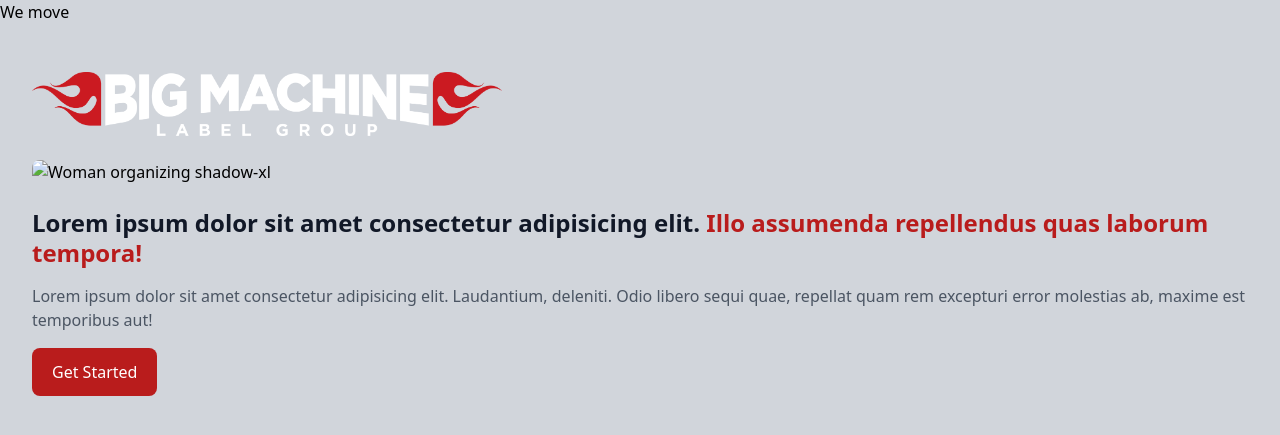
Repository: thasquirrie/fanmanagement
Page: / (app in frontend/)
These files come from the project's save history. The page is drawn as it stood at one moment and after the next save; the edit follows.
The browser window is 1280 px wide. The pictures show the whole page.
The project was rebuilt for these pictures with package versions that can differ from the ones it lists, and the page was loaded fresh each time. A package was used in the major version that the imports need, not the one package.json lists. Also part of the build but not shown: frontend/craco.config.js, frontend/src/App.css.

Above is the page before, as saved 2021-05-25 14:28:59.
Not found: Communication.png

### frontend/public/index.html
<!DOCTYPE html>
<html lang="en">

<head>
  <meta charset="utf-8" />
  <link rel="icon" href="%PUBLIC_URL%/favicon.ico" />
  <meta name="viewport" content="width=device-width, initial-scale=1" />
  <meta name="theme-color" content="#000000" />
  <meta name="description" content="Web site created using create-react-app" />
  <link rel="apple-touch-icon" href="%PUBLIC_URL%/logo192.png" />
  <!--
      manifest.json provides metadata used when your web app is installed on a
      user's mobile device or desktop. See https://developers.google.com/web/fundamentals/web-app-manifest/
    -->
  <link rel="manifest" href="%PUBLIC_URL%/manifest.json" />
  <!--
      Notice the use of %PUBLIC_URL% in the tags above.
      It will be replaced with the URL of the `public` folder during the build.
      Only files inside the `public` folder can be referenced from the HTML.

      Unlike "/favicon.ico" or "favicon.ico", "%PUBLIC_URL%/favicon.ico" will
      work correctly both with client-side routing and a non-root public URL.
      Learn how to configure a non-root public URL by running `npm run build`.
    -->
  <title>React App</title>
</head>

<body class='bg-gray-300'>
  <noscript>You need to enable JavaScript to run this app.</noscript>
  <div id="root">
    <p></p>
  </div>
  <!--
      This HTML file is a template.
      If you open it directly in the browser, you will see an empty page.

      You can add webfonts, meta tags, or analytics to this file.
      The build step will place the bundled scripts into the <body> tag.

      To begin the development, run `npm start` or `yarn start`.
      To create a production bundle, use `npm run build` or `yarn build`.
    -->
</body>

</html>

### frontend/src/index.css
body {
 margin: 0;
 font-family: -apple-system, BlinkMacSystemFont, 'Segoe UI', 'Roboto', 'Oxygen',
  'Ubuntu', 'Cantarell', 'Fira Sans', 'Droid Sans', 'Helvetica Neue', sans-serif;
 -webkit-font-smoothing: antialiased;
 -moz-osx-font-smoothing: grayscale;
}

code {
 font-family: source-code-pro, Menlo, Monaco, Consolas, 'Courier New', monospace;
}

@tailwind base;
@tailwind components;
@tailwind utilities;

### frontend/src/App.js
import { Route, BrowserRouter, Switch } from 'react-router-dom';
import Header from './components/Header';
import HomeScreen from './screens/HomeScreen';
// import logo from './logo.svg';
import './App.css';

function App() {
 return (
  <BrowserRouter>
   <Header />
   <main className='container'>
    <Switch>
     <Route path='/' component={HomeScreen} />
    </Switch>
   </main>
  </BrowserRouter>
 );
}

export default App;

### frontend/src/components/Header.jsx
import React from 'react';
import { NavLink } from 'react-router-dom';

const Header = () => {
 let collapse = document.querySelector('#navbar-collapse');

 const handleClick = (e) => {
  console.log(collapse);
  collapse.classList.toggle('hidden');
  collapse.classList.toggle('flex');
 };

 return (
  <div>We move</div>
  // <nav className='bg-white py-2 md:py-4'>
  //  <div className='container px-4 mx-auto md:flex md:items-center'>
  //   <div className='flex justify-between items-center'>
  //    <NavLink to='/' className='font-bold text-xl text-indigo-600'>
  //     FWR
  //    </NavLink>
  //    <button
  //     className='border border-solid border-gray-600 px-3 py-1 rounded text-gray-600 opacity-50 hover:opacity-75 md:hidden'
  //     id='navbar-toggle'
  //     onClick={handleClick}
  //    >
  //     <i className='fas fa-bars'></i>
  //    </button>
  //   </div>

  //   <div
  //    className='md:flex flex-col md:flex-row md:ml-auto mt-3 md:mt-0  hidden'
  //    id='navbar-collapse'
  //   >
  //    <NavLink
  //     to='/'
  //     className='p-2 lg:px-4 md:mx-2 text-white rounded active:bg-indigo-600'
  //    >
  //     Home
  //    </NavLink>
  //    <NavLink
  //     to='#'
  //     className='p-2 lg:px-4 md:mx-2 text-gray-600 rounded hover:bg-gray-200 hover:text-gray-700 transition-colors duration-300 active:bg-indigo-600'
  //    >
  //     About
  //    </NavLink>
  //    <NavLink
  //     to='#'
  //     className='p-2 lg:px-4 md:mx-2 text-gray-600 rounded hover:bg-gray-200 hover:text-gray-700 transition-colors duration-300'
  //    >
  //     Features
  //    </NavLink>
  //    <NavLink
  //     to='#'
  //     className='p-2 lg:px-4 md:mx-2 text-gray-600 rounded hover:bg-gray-200 hover:text-gray-700 transition-colors duration-300'
  //    >
  //     Pricing
  //    </NavLink>
  //    <NavLink
  //     to='#'
  //     className='p-2 lg:px-4 md:mx-2 text-gray-600 rounded hover:bg-gray-200 hover:text-gray-700 transition-colors duration-300'
  //    >
  //     Contact
  //    </NavLink>
  //    <NavLink
  //     to='#'
  //     className='p-2 lg:px-4 md:mx-2 text-indigo-600 text-center border border-transparent rounded hover:bg-indigo-100 hover:text-indigo-700 transition-colors duration-300'
  //    >
  //     Login
  //    </NavLink>
  //    <NavLink
  //     to='#'
  //     className='p-2 lg:px-4 md:mx-2 text-indigo-600 text-center border border-solid border-indigo-600 rounded hover:bg-indigo-600 hover:text-white transition-colors duration-300 mt-1 md:mt-0 md:ml-1'
  //    >
  //     Signup
  //    </NavLink>
  //   </div>
  //  </div>
  // </nav>
 );
};

export default Header;

### frontend/src/screens/HomeScreen.jsx
import React from 'react';

const HomeScreen = () => {
 return (
  <>
   <div className='px-8 py-12'>
    <img className='lg:h-16' src='/img/pngegg.png' alt='Big Machine' />
    <img
     className='mt-6 rounded-lg'
     src='Communication.png'
     alt='Woman organizing shadow-xl'
    />
    <h1 className='mt-6 text-2xl font-bold text-gray-900 leading-tight'>
     Lorem ipsum dolor sit amet consectetur adipisicing elit.{' '}
     <span className='text-red-700'>
      Illo assumenda repellendus quas laborum tempora!
     </span>
    </h1>
    <p className='mt-4 text-gray-600'>
     Lorem ipsum dolor sit amet consectetur adipisicing elit. Laudantium,
     deleniti. Odio libero sequi quae, repellat quam rem excepturi error
     molestias ab, maxime est temporibus aut!
    </p>

    <div className='mt-4'>
     <button className='inline-block px-5 py-3 rounded-lg bg-red-700 text-white'>
      Get Started
     </button>
    </div>
   </div>
  </>
 );
};

export default HomeScreen;

Loaded but not shown: frontend/src/index.js (common file); frontend/src/reportWebVitals.js (common file); frontend/tailwind.config.js (common file)

After the next save:
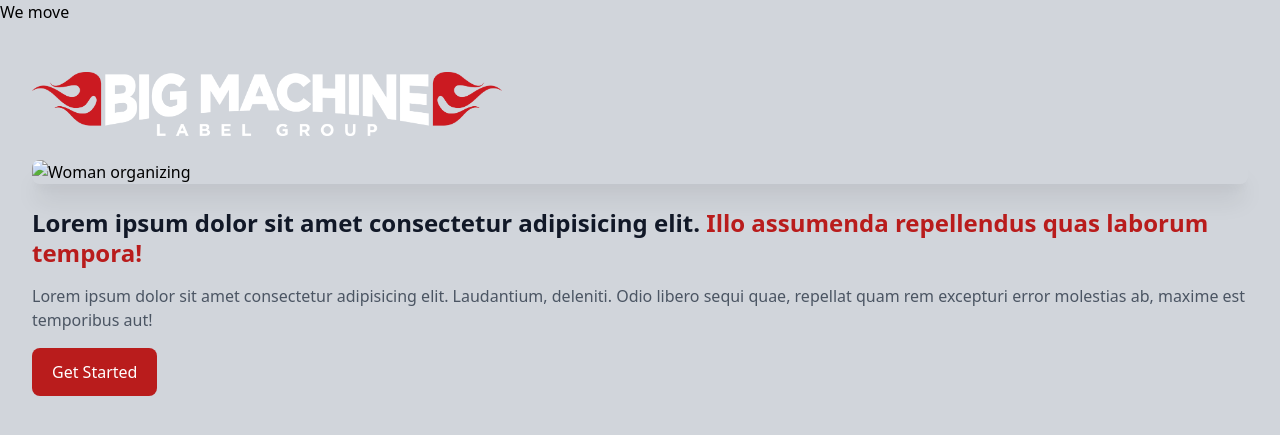
Saved 26 s later.
--- a/frontend/src/screens/HomeScreen.jsx
+++ b/frontend/src/screens/HomeScreen.jsx
@@ -6,9 +6,9 @@
    <div className='px-8 py-12'>
     <img className='lg:h-16' src='/img/pngegg.png' alt='Big Machine' />
     <img
-     className='mt-6 rounded-lg'
+     className='mt-6 rounded-lg shadow-xl'
      src='Communication.png'
-     alt='Woman organizing shadow-xl'
+     alt='Woman organizing'
     />
     <h1 className='mt-6 text-2xl font-bold text-gray-900 leading-tight'>
      Lorem ipsum dolor sit amet consectetur adipisicing elit.{' '}
